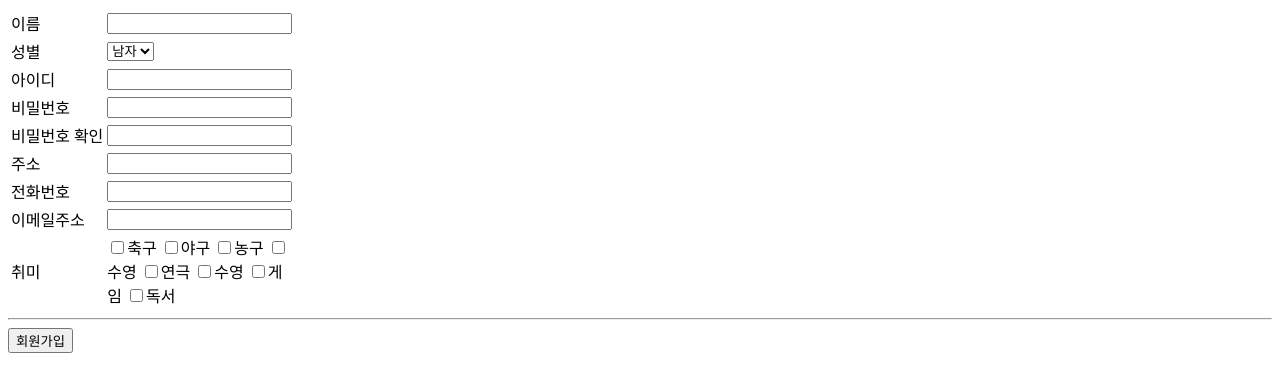
Repository: zero1128/20201113
Page: chap04/WebContent/join.html
The author's editor kept a copy of each file at every save. The page is drawn from the files as they stood at one save, then again after the next save.
The browser window is 1280 px wide. The pictures show the whole page.

Above is the page before, as saved 2020-11-05 00:37:49.

After the next save:
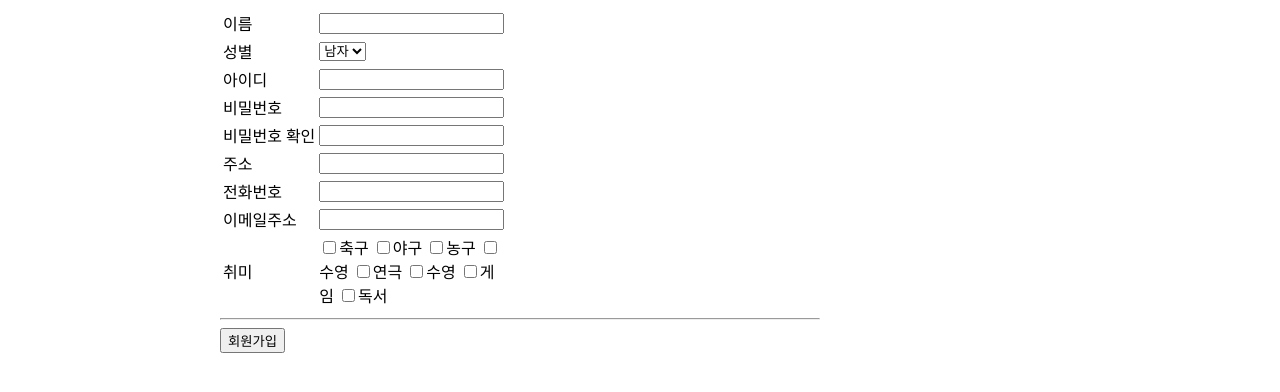
Saved 74 s later.
--- a/chap04/WebContent/join.html
+++ b/chap04/WebContent/join.html
@@ -3,6 +3,16 @@
 <head>
 <meta charset="UTF-8">
 <title>Insert title here</title>
+<style type="text/css">
+	body{
+		width:1024px;
+	}
+	div{
+		width:600px;
+		margin: 0 auto;
+		border-bottom-color: blue;
+	}
+</style>
 </head>
 <body>
 <div>
